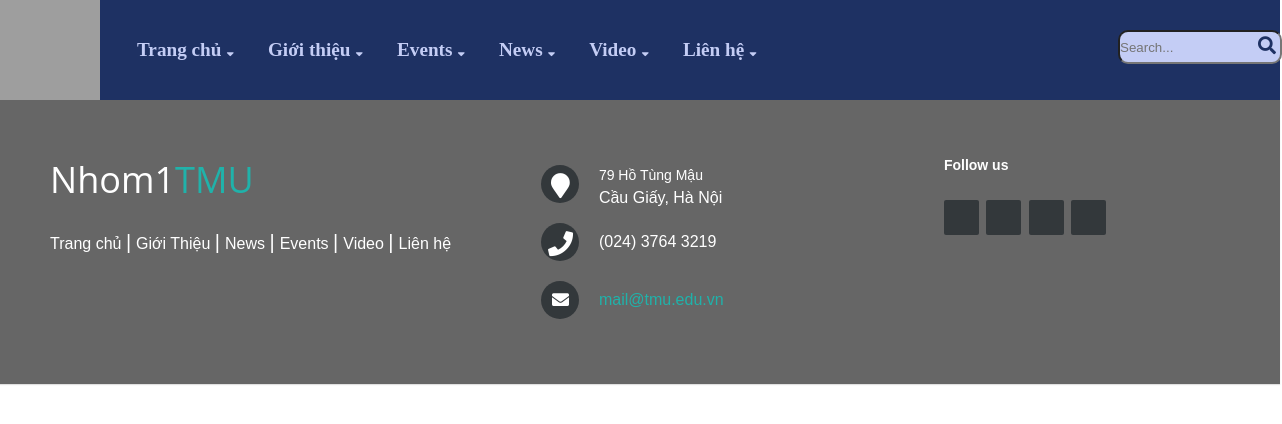
Repository: Luong-tung/MatchaTung
Page: newtopics/index.html
These files come from the project's save history. The page is drawn as it stood at one moment and after the next save; the edit follows.
The browser window is 1280 px wide. The page is 1282 px wide, so the pictures cover 1282 px, including what lies to the right of the window. The pictures show the whole page.
Pictures or frames that could not be fetched are drawn as grey boxes. Some web libraries are served in a nearby version.

Above is the page before, as saved 2021-10-09 12:22:42.
Not found: newtopics/grid.css

After the next save:
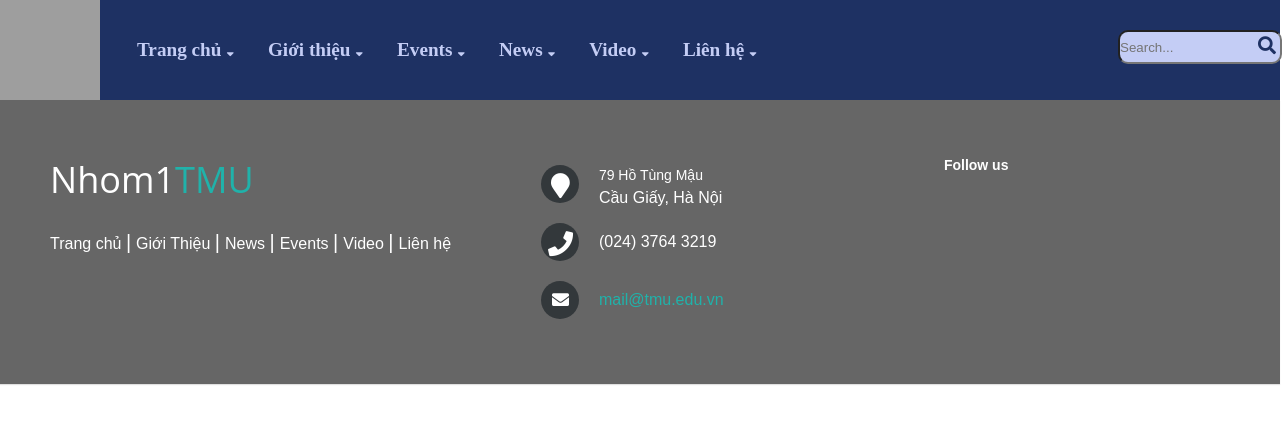
Saved 2 min 25 s later.
--- a/newtopics/index.html
+++ b/newtopics/index.html
@@ -88,10 +88,10 @@
 
               <div class="footer-icons">
 
-                <a href="#"><i class="fa fa-facebook"></i></a>
-                <a href="#"><i class="fa fa-twitter"></i></a>
-                <a href="#"><i class="fa fa-linkedin"></i></a>
-                <a href="#"><i class="fa fa-github"></i></a>
+                <i class="fa fa-facebook"></i>
+                <i class="fa fa-twitter"></i>
+                <i class="fa fa-linkedin"></i>
+                <i class="fa fa-github"></i>
 
               </div>
 
